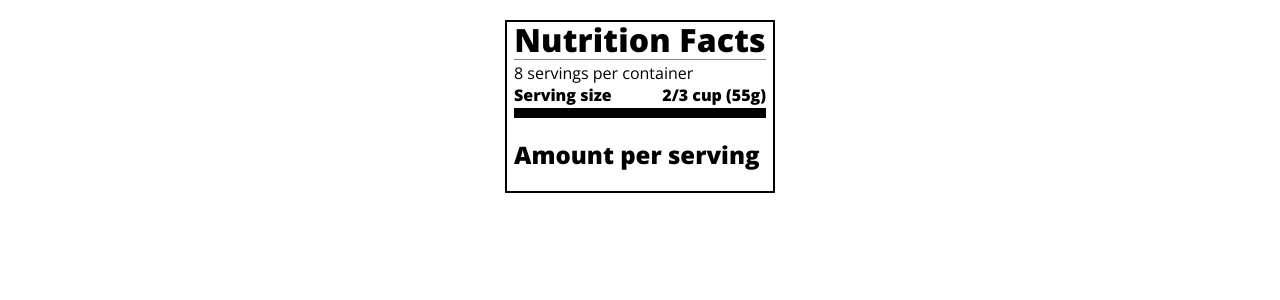
Repository: cipdanila/freeCodeCamp
Page: NutritionLabel/index.html
The author's editor kept a copy of each file at every save. The page is drawn from the files as they stood at one save, then again after the next save.
The browser window is 1280 px wide. The pictures show the whole page.

Above is the page before, as saved 2023-10-09 19:53:53.

### NutritionLabel/index.html
<!DOCTYPE html>
<html lang="en">
<head>
    <meta charset="UTF-8">
    <meta name="viewport" content="width=device-width, initial-scale=1.0">
    <title>Nutrition Label</title>
    <link rel="stylesheet" href="https://fonts.googleapis.com/css?family=Open+Sans:400,700,800">
    <link rel="stylesheet" href="styles.css">
</head>
<body>
    <div class="label">
        <header>
            <h1 class="bold">Nutrition Facts</h1>
            <div class="divider"></div>
            <p>8 servings per container</p>
            <p class="bold">Serving size <span>2/3 cup (55g)</span></p>
        </header>
        <div class="divider large"></div>
        <div class="calories-info">
            <div class="left-container">
                <h2 class="bold small-text">Amount per serving</h2>
            </div>
        </div>
    </div>
</body>
</html>

### NutritionLabel/styles.css
* {
    box-sizing: border-box;
}

html {
    font-size: 16px;
}

body {
    font-family: "Open Sans", sans-serif;
}

.label {
    border: 2px solid black;
    width: 270px;
    margin: 20px auto;
    padding: 0 7px;
}

.bold {
    font-weight: 800;
}

header h1 {
    text-align: center;
    margin: -4px 0;
    letter-spacing: 0.15px;
}

p {
    margin: 0;
    display: flex;
    justify-content: space-between;
}

.divider {
    border-bottom: 1px solid #888989;
    margin: 2px 0;
}

.large {
    height: 10px;
}

.large, .medium {
    background-color: black;
    border: 0;
}

.small-text {

}

After the next save:
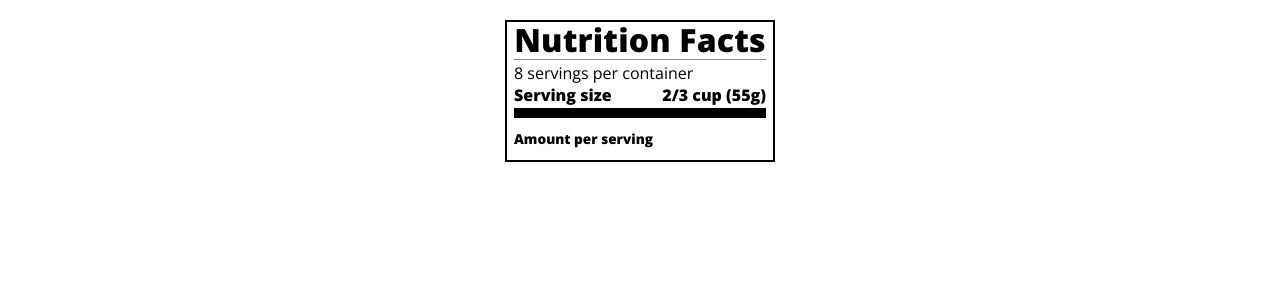
Saved 10 s later.
--- a/NutritionLabel/styles.css
+++ b/NutritionLabel/styles.css
@@ -48,5 +48,5 @@
 }
 
 .small-text {
-
+    font-size: 0.85rem;
 }
